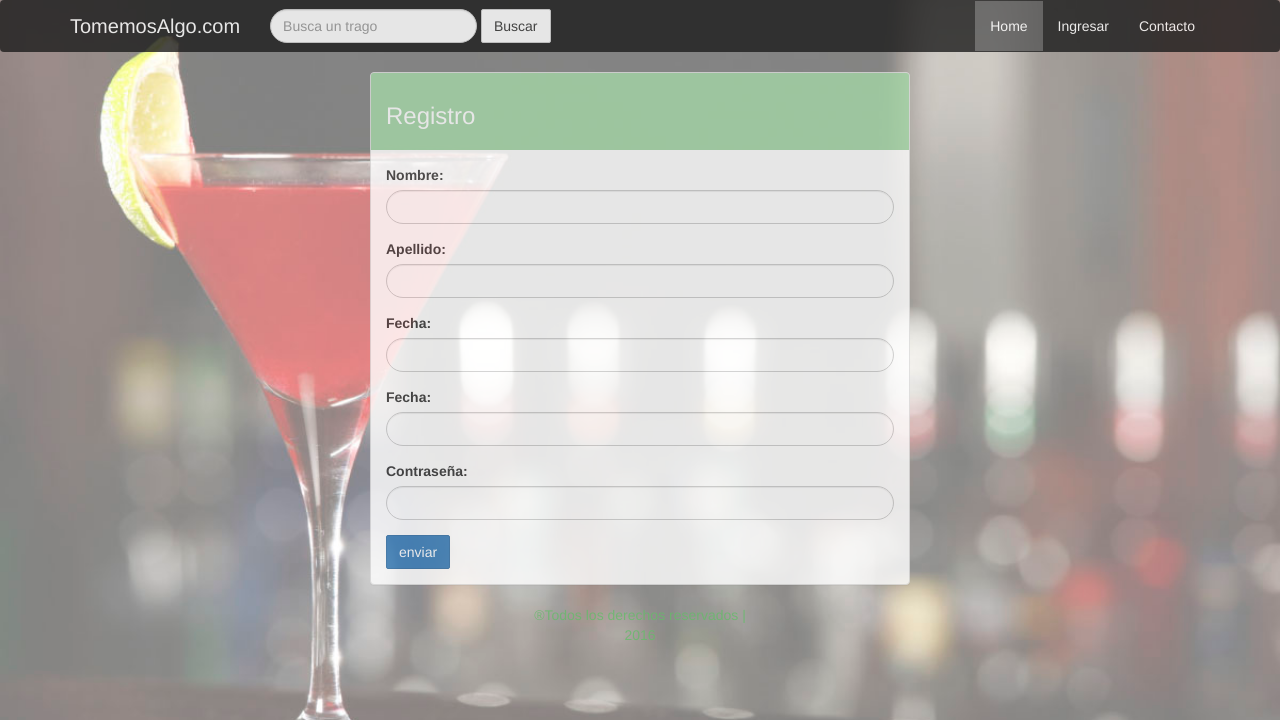
Repository: MaxiAven/TallerWebJava
Page: http://localhost/proyecto-base-spring/WEB-INF/jsp/registro.jsp
These files come from the project's save history. The page is drawn as it stood at one moment and after the next save; the edit follows.
The browser window is 1280 px wide. The pictures show the whole page.
Some web libraries are served in a nearby version. The page is served by Tomcat 9. Nobody is signed in. Other server files are loaded and not shown. The template is opened directly, without the code that normally fills it, so the values that code supplies are empty.

Above is the page before, as saved 2016-10-16 23:12:00.

### proyecto-base-spring/src/main/webapp/WEB-INF/jsp/registro.jsp
<%@ taglib uri="http://www.springframework.org/tags/form" prefix="form" %>
<!DOCTYPE html>
<html lang="en">
  <head>
    <meta charset="utf-8">
    <meta http-equiv="X-UA-Compatible" content="IE=edge">
    <meta name="viewport" content="width=device-width, initial-scale=1">
    <!-- The above 3 meta tags *must* come first in the head; any other head content must come *after* these tags -->
    <meta name="description" content="">
    <meta name="author" content="">
    <link rel="icon" href="../../favicon.ico">

    <title>QueTomamos | Recetas con Onda</title>

    <!-- Bootstrap core CSS -->
    <link href="css/bootstrap.min.css" rel="stylesheet" >
    <!-- Bootstrap theme -->
    <!-- <link href="css/bootstrap-theme.min.css" rel="stylesheet">-->

  </head>

  <body role="document">

    <!-- Fixed navbar -->
    <nav class="menu navbar navbar-inverse">
      <div class="container">
        <div class="navbar-header">
          <button type="button" class="navbar-toggle collapsed" data-toggle="collapse" data-target="#navbar" aria-expanded="false" aria-controls="navbar">
            <span class="sr-only">Toggle navigation</span>
            <span class="icon-bar"></span>
            <span class="icon-bar"></span>
            <span class="icon-bar"></span>
          </button>
          <a class="navbar-brand" href="#">TomemosAlgo.com</a>
        </div>
        <form class="navbar-form navbar-left">
        <div class="form-group">
          <input type="text" class="form-control" placeholder="Busca un trago">
        </div>
        <button type="submit" class="btn btn-default">Buscar</button>
      </form>
        <div id="navbar" class="navbar-collapse collapse">
          <ul class="nav navbar-nav navbar-right">
            <li class="active"><a href="index">Home</a></li>
            <li><a href="login">Ingresar</a></li>
            <li><a href="#contact">Contacto</a></li>

          </ul>
        </div><!--/.nav-collapse -->
      </div>
    </nav>

    <div class="container">
    	<div class="col-md-3"></div>
    	<div class="col-md-6 contenido">

    		<div class="panel panel-default md">
			  <div class="panel-heading tcolor">
			  	<h3>Registro</h3>
			  </div>
			  <div class="panel-body">
			  <form:form action="registro" method="POST" modelAttribute="usuario">
			  	<div class="form-group has-feedback has-feedback-left">

					<label for="nombre">Nombre:</label>
					<form:input path="nombre" class="form-control"/>

				</div>

				<div class="form-group has-feedback has-feedback-left">

					<label for="apellido">Apellido:</label>
					<form:input path="apellido" class="form-control"/>
				</div>

				<div class="form-group has-feedback has-feedback-left">

					<label for="usr">Fecha:</label>
					<form:input path="usr" class="form-control"/>
				</div>

				<div class="form-group has-feedback has-feedback-left">

					<label for="fecha">Fecha:</label>
					<form:input path="fecha" class="form-control"/>
				</div>

				<div class="form-group has-feedback has-feedback-left">

					<label for="pass">Contraseña:</label>
					<form:input path="password" class="form-control"/>
				</div>

					<input type="submit" value="enviar" class="btn btn-primary"/>

					</form:form>

    	</div>
    	<div class="col-md-3"></div>
	</div>
    <!-- /container -->

<footer class="footer">
	<div class="col-md-3"></div>
	<div class="col-md-6">
		<p>®Todos los derechos reservados | 2016</p>
	</div>
	<div class="col-md-3"></div>

</footer>
    <!-- Bootstrap core JavaScript
    ================================================== -->
    <!-- Placed at the end of the document so the pages load faster -->
    <script src="https://ajax.googleapis.com/ajax/libs/jquery/1.11.3/jquery.min.js" ></script>
    <script>window.jQuery || document.write('<script src="../../assets/js/vendor/jquery.min.js"><\/script>')</script>
    <script src="js/bootstrap.min.js" type="text/javascript"></script>
  </body>
</html>

Loaded but not shown: proyecto-base-spring/src/main/webapp/css/bootstrap.min.css (library); proyecto-base-spring/src/main/webapp/js/bootstrap.min.js (library)

After the next save:
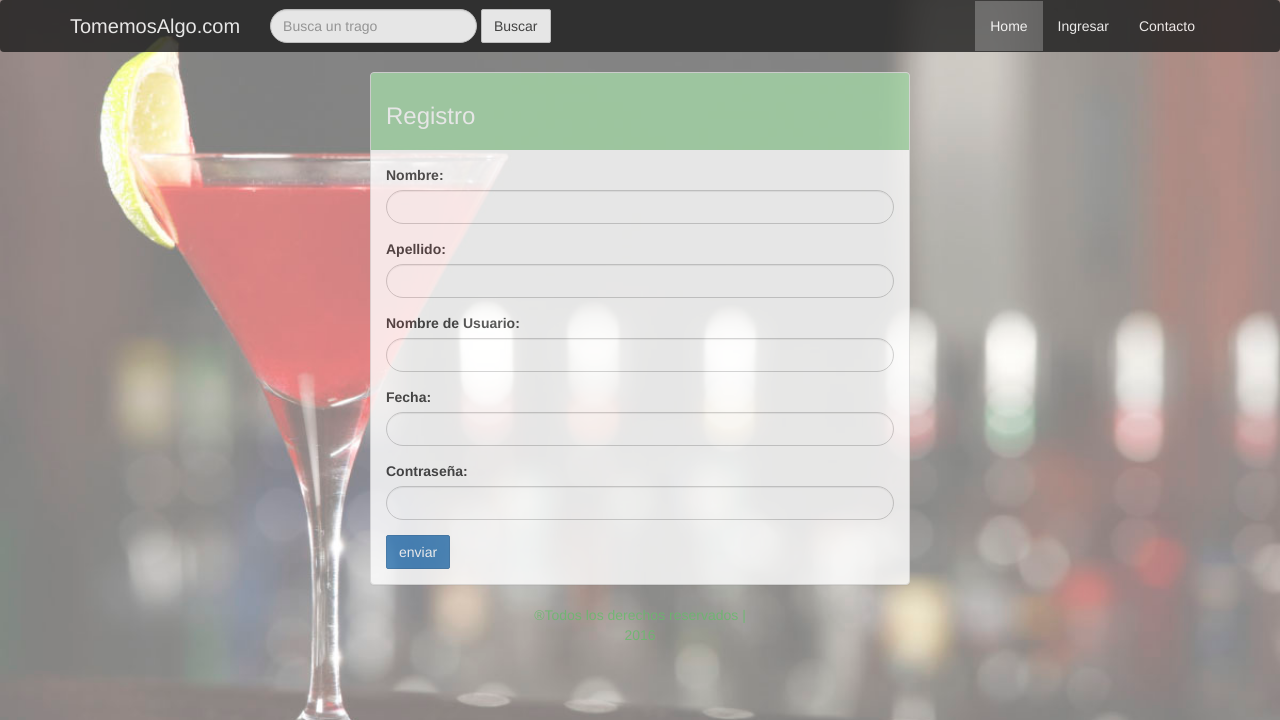
Saved 8 s later.
--- a/proyecto-base-spring/src/main/webapp/WEB-INF/jsp/registro.jsp
+++ b/proyecto-base-spring/src/main/webapp/WEB-INF/jsp/registro.jsp
@@ -75,7 +75,7 @@
 
 				<div class="form-group has-feedback has-feedback-left">
 
-					<label for="usr">Fecha:</label>
+					<label for="usr">Nombre de Usuario:</label>
 					<form:input path="usr" class="form-control"/>
 				</div>
 
